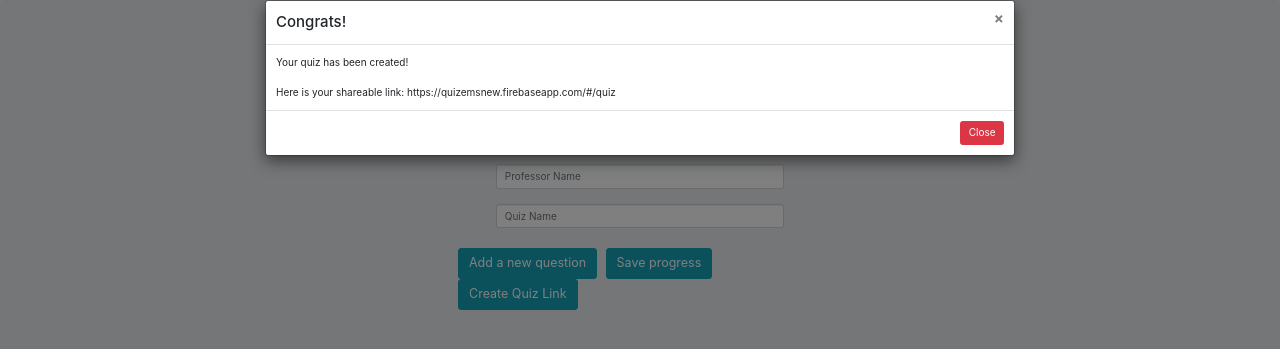
Repository: phillipdacosta/QuizemsNew
Page: /#/home, after clicking the first element matching `div.headingButtons > :nth-child(3)`
The author's editor kept a copy of each file at every save. The page is drawn from the files as they stood at one save, then again after the next save.
The browser window is 1280 px wide. The pictures show the whole page.
An inner scrolling area shows only its first screen. Some web libraries are served in a nearby version. The project was rebuilt for these pictures with package versions that can differ from the ones it lists, and the page was loaded fresh each time. Also part of the build but not shown: angular.json, src/app/quiz/quiz.component.ts, src/app/about/about.component.ts, src/app/student/student.component.ts, src/app/questions/questions.component.ts, src/app/question-display/question-display.component.ts, src/app/timer/timer.component.ts.

Above is the page before, as saved 2019-06-30 17:46:07.

After the next save:
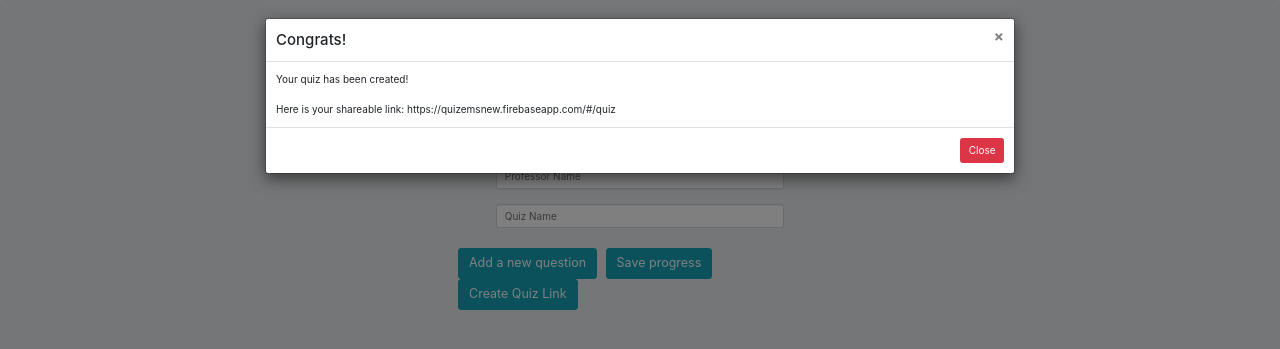
Saved 8 s later.
--- a/src/app/professor/professor.component.css
+++ b/src/app/professor/professor.component.css
@@ -31,5 +31,5 @@
 
   width: 750px;
   height: 750px;
-  margin: auto;
+
 }
